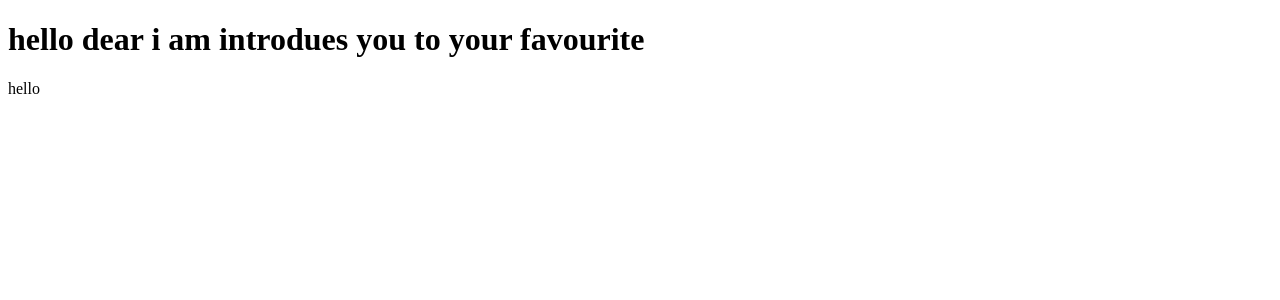
Repository: sandypatidar/my-all-java-code
Page: eclipse-workspace/eclipse-workspace/myProject/WebContent/index.html
The author's editor kept a copy of each file at every save. The page is drawn from the files as they stood at one save, then again after the next save.
The browser window is 1280 px wide. The pictures show the whole page.

Above is the page before, as saved 2019-05-30 13:09:20.

After the next save:
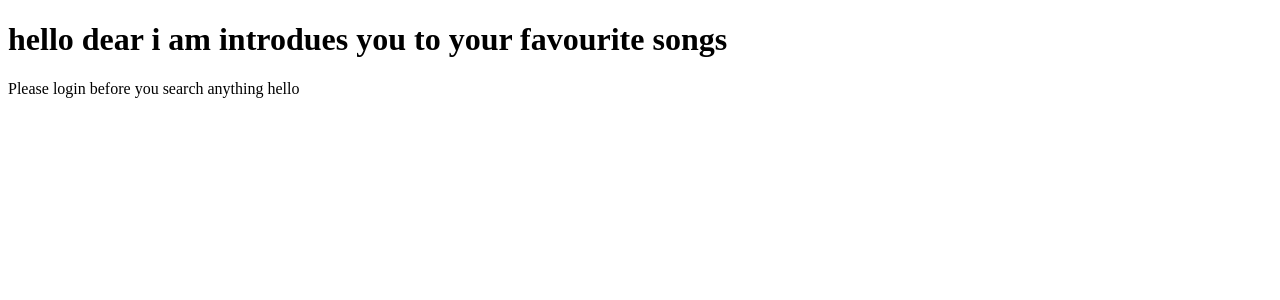
Saved 3 min 51 s later.
--- a/eclipse-workspace/eclipse-workspace/myProject/WebContent/index.html
+++ b/eclipse-workspace/eclipse-workspace/myProject/WebContent/index.html
@@ -5,11 +5,8 @@
 <title>Insert title here</title>
 </head>
 <body>
-
-<h1>
-hello dear i am introdues you to your favourite
-</h1>
-
+<h1>hello dear i am introdues you to your favourite  songs </h1>
+	<p>Please login before you search anything
 
 
 </body>
